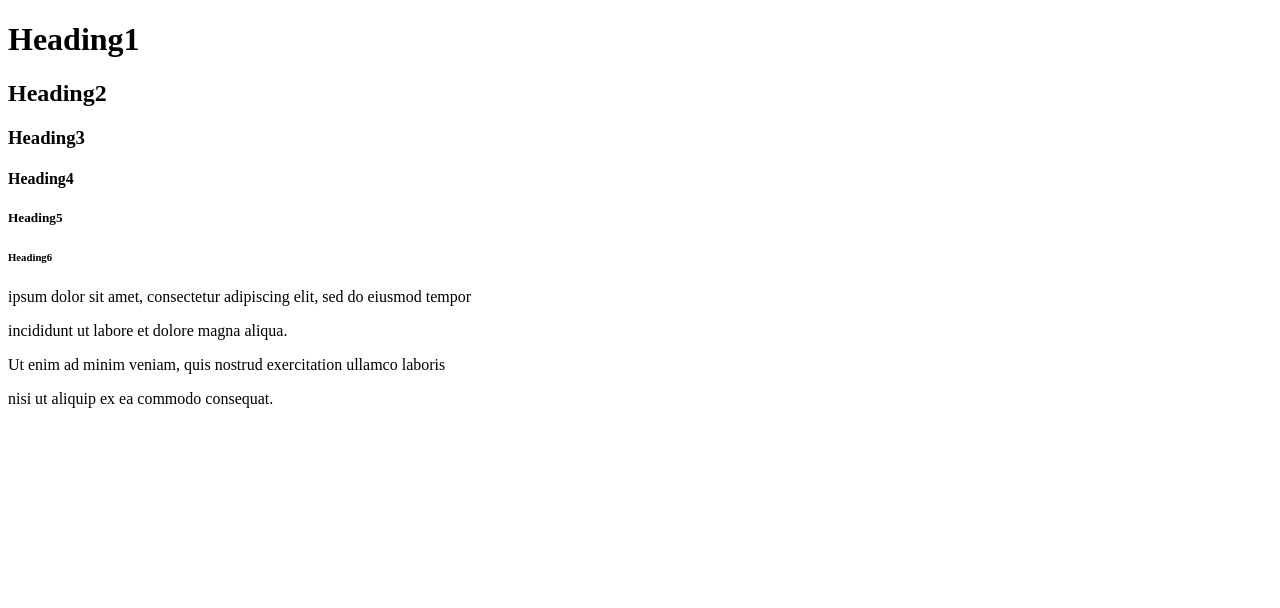
Repository: fnafelipe/TheOdinProject
Page: HTML/working-with-text/index.html
An editor plug-in stored every save of this project. The page is shown before and after the next save, followed by the edit.
The browser window is 1280 px wide. The pictures show the whole page.

Above is the page before, as saved 2026-09-02 20:40:47.

### HTML/working-with-text/index.html
<!DOCTYPE html>
<html lang="pt-br">
<head>
    <meta charset="UTF-8">
    <meta name="viewport" content="width=device-width, initial-scale=1.0">
    <title>Trabalhando com textos</title>
</head>
<body>
    <h1>Heading1</h1>
    <h2>Heading2</h2>
    <h3>Heading3</h3>
    <h4>Heading4</h4>
    <h5>Heading5</h5>
    <h6>Heading6</h6>

    <p> ipsum dolor sit amet, consectetur adipiscing elit, sed do eiusmod tempor</p>
    <p>incididunt ut labore et dolore magna aliqua.</p>

    <p>Ut enim ad minim veniam, quis nostrud exercitation ullamco laboris</p>
    <p>nisi ut aliquip ex ea commodo consequat.</p>
</body>

</html>

After the next save:
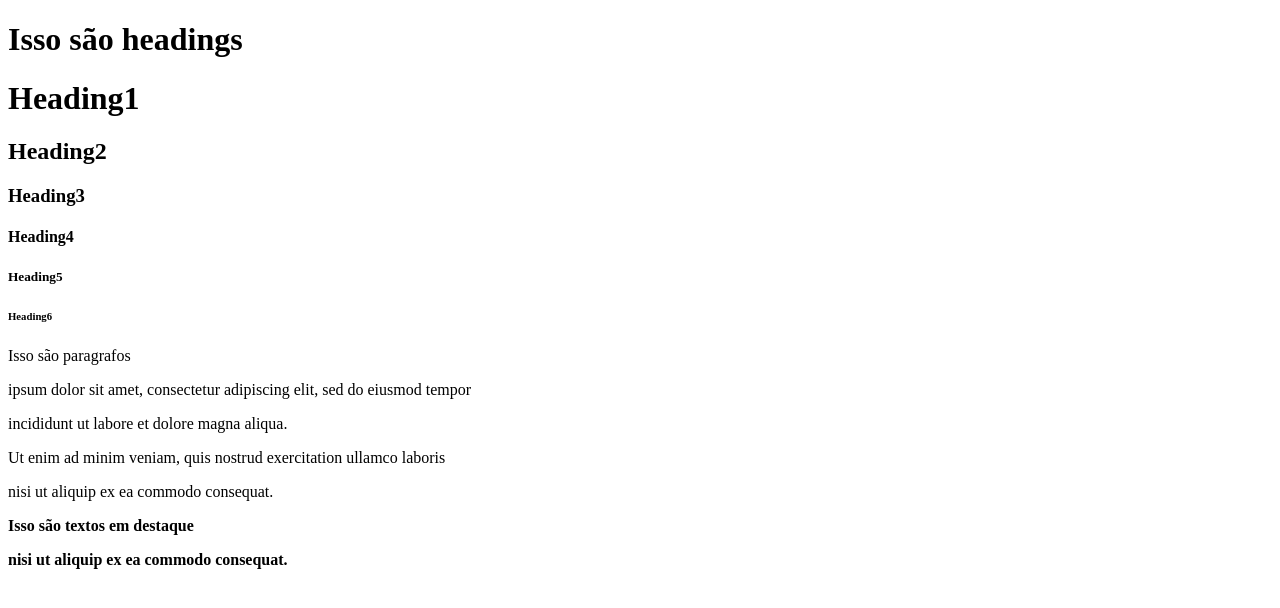
Saved 2 min 51 s later.
--- a/HTML/working-with-text/index.html
+++ b/HTML/working-with-text/index.html
@@ -6,6 +6,8 @@
     <title>Trabalhando com textos</title>
 </head>
 <body>
+    <h1>Isso são headings</h1>
+
     <h1>Heading1</h1>
     <h2>Heading2</h2>
     <h3>Heading3</h3>
@@ -13,11 +15,18 @@
     <h5>Heading5</h5>
     <h6>Heading6</h6>
 
+    <p>Isso são paragrafos</p>
+
     <p> ipsum dolor sit amet, consectetur adipiscing elit, sed do eiusmod tempor</p>
     <p>incididunt ut labore et dolore magna aliqua.</p>
 
     <p>Ut enim ad minim veniam, quis nostrud exercitation ullamco laboris</p>
     <p>nisi ut aliquip ex ea commodo consequat.</p>
+
+    <b>Isso são textos em destaque</b>
+
+    <p><b>nisi ut aliquip ex ea commodo consequat.</b></p>
+
 </body>
 
 </html>
